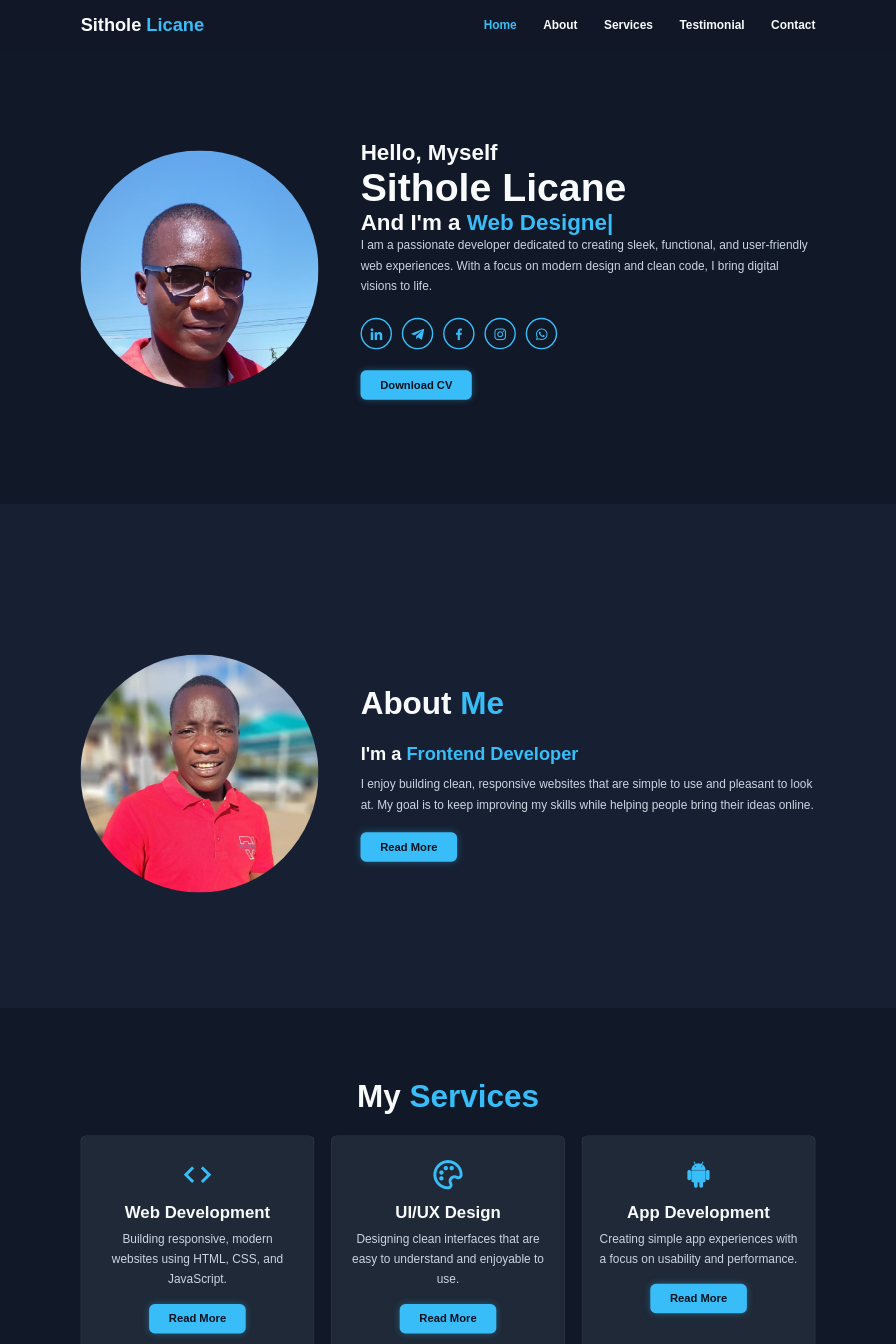
Repository: sitholelicane/myportfolio
Page: myweb.html
The author's editor kept a copy of each file at every save. The page is drawn from the files as they stood at one save, then again after the next save.
The browser window is 1280 px wide. The pictures show the part of the page from y = 0 to 1920 px (the page is 3738 px tall), at 70% of full size.
Some web libraries are served in a nearby version.

Above is the page before, as saved 2026-05-16 22:04:52.

After the next save:
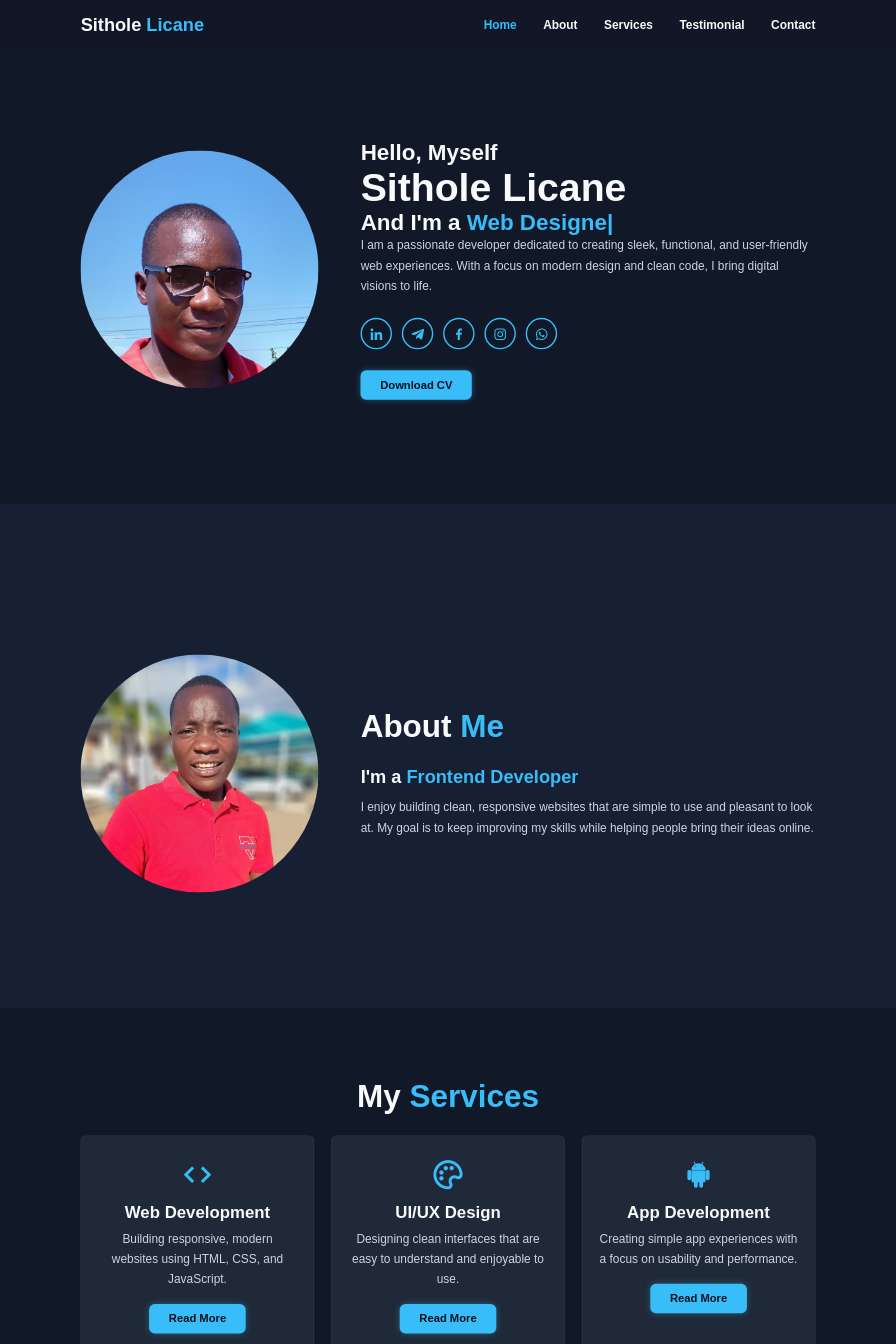
Saved 12 min 30 s later.
--- a/myweb.html
+++ b/myweb.html
@@ -51,7 +51,12 @@
             <h2 class="heading">About <span>Me</span></h2>
             <h3>I'm a <span>Frontend Developer</span></h3>
             <p>I enjoy building clean, responsive websites that are simple to use and pleasant to look at. My goal is to keep improving my skills while helping people bring their ideas online.</p>
-            <a href="#contact" class="btn">Read More</a>
+            <a href="<p id="moreText" style="display: none;">
+I specialize in creating modern and responsive websites using HTML, CSS, and JavaScript.
+I enjoy learning new technologies and improving my frontend development skills through real-world projects.
+I am passionate about designing user-friendly interfaces and turning creative ideas into functional websites.
+My goal is to grow as a developer and work on impactful digital solutions.
+</p>" class="btn">Read More</a>
         </div>
 
         <div class="about-img">

After the save that followed:
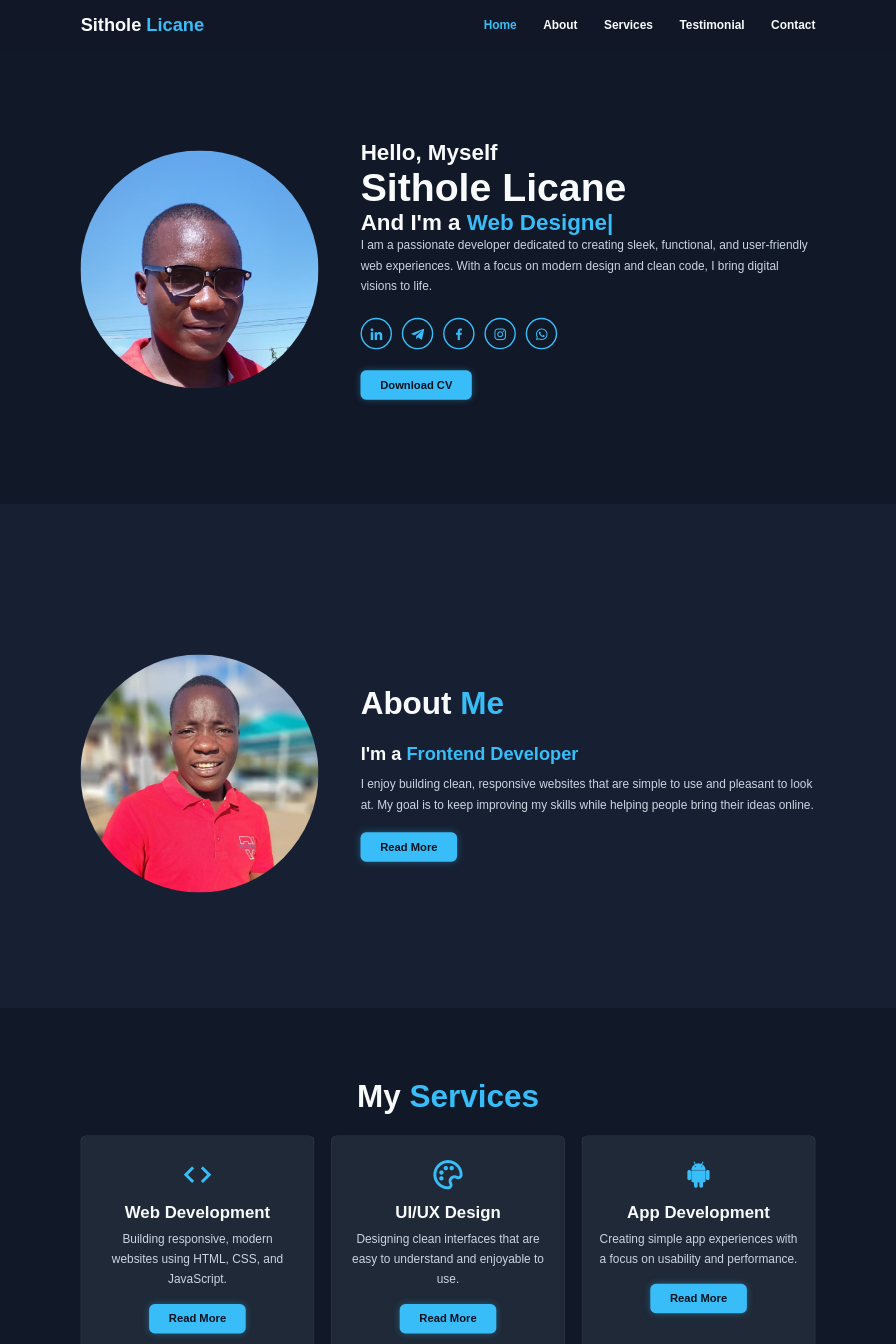
Saved 5 min 11 s later.
--- a/myweb.html
+++ b/myweb.html
@@ -51,12 +51,7 @@
             <h2 class="heading">About <span>Me</span></h2>
             <h3>I'm a <span>Frontend Developer</span></h3>
             <p>I enjoy building clean, responsive websites that are simple to use and pleasant to look at. My goal is to keep improving my skills while helping people bring their ideas online.</p>
-            <a href="<p id="moreText" style="display: none;">
-I specialize in creating modern and responsive websites using HTML, CSS, and JavaScript.
-I enjoy learning new technologies and improving my frontend development skills through real-world projects.
-I am passionate about designing user-friendly interfaces and turning creative ideas into functional websites.
-My goal is to grow as a developer and work on impactful digital solutions.
-</p>" class="btn">Read More</a>
+            <a href="#contact" class="btn">Read More</a>
         </div>
 
         <div class="about-img">
